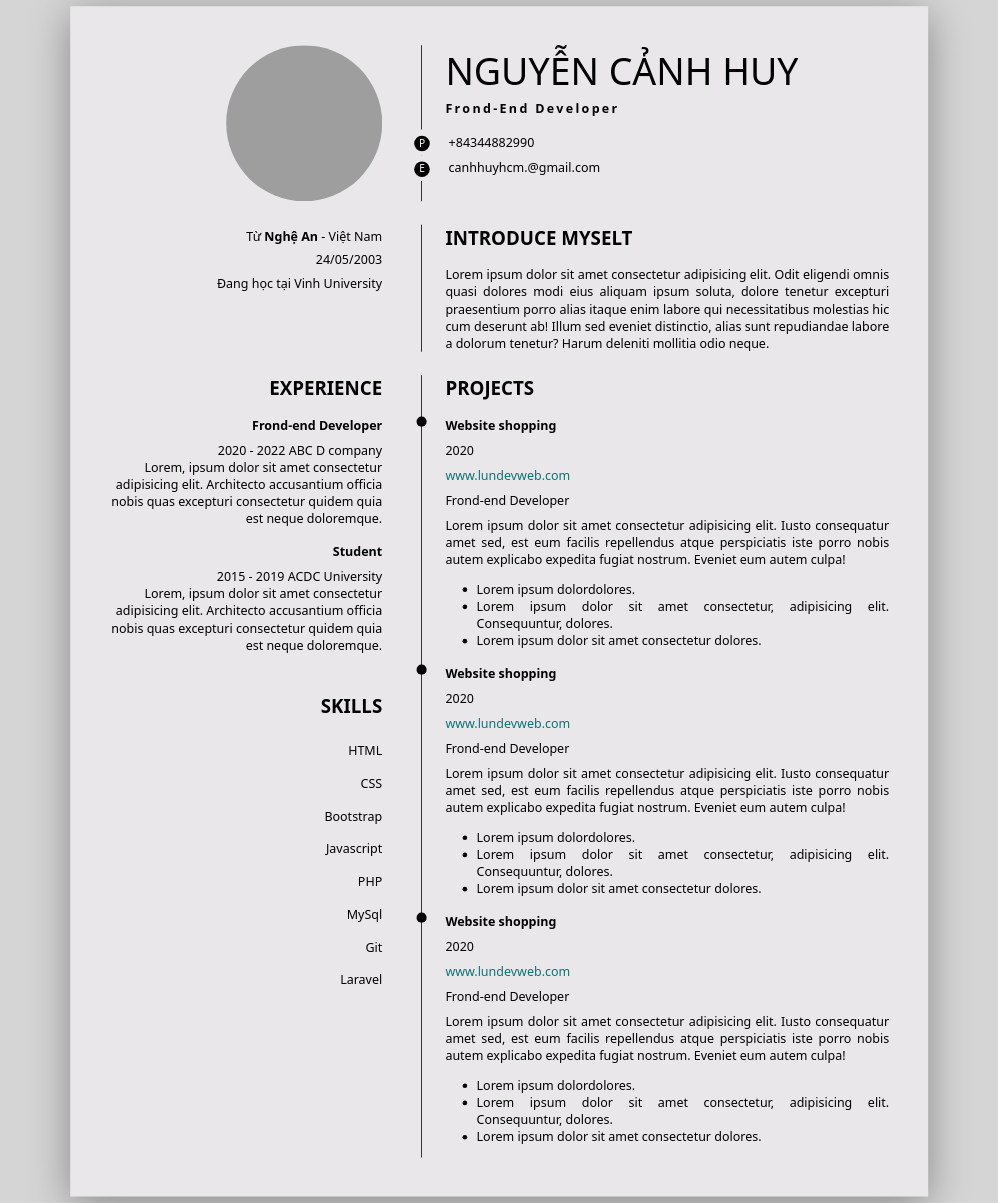
Repository: huycodedie/cv-intern
Page: index.html
The author's editor kept a copy of each file at every save. The page is drawn from the files as they stood at one save, then again after the next save.
The browser window is 1280 px wide. The pictures show the whole page, at 78% of full size.
Pictures or frames that could not be fetched are drawn as grey boxes.

Above is the page before, as saved 2025-07-05 23:03:24.

### index.html

    <!DOCTYPE html>
    <html lang="en">
    <head>
        <meta charset="UTF-8">
        <meta http-equiv="X-UA-Compatible" content="IE=edge">
        <meta name="viewport" content="width=device-width, initial-scale=1.0">
        <title>Document</title>
        <link rel="stylesheet" href="style.css">
        <link rel="stylesheet" href="https://cdnjs.cloudflare.com/ajax/libs/font-awesome/6.2.1/css/all.min.css">
    </head>
    <body>
        <div class="container">
           <div class="avatar">
            <img src="https://i.pinimg.com/564x/eb/57/6f/eb576ff023487bcb1fa3ad61ee7b23ee.jpg" alt="">
           </div>
           <div class="name">
                <h1>NGUYỄN CẢNH HUY</h1>
                <div class="specialize">Frond-End Developer</div>
                <ul class="contact">
                    <li>
                        <span>P</span> +84344882990
                    </li>
                    <li>
                        <span>E</span> canhhuyhcm.@gmail.com
                    </li>
                </ul>
           </div>
           <div class="info">
                <ul>
                    <li>Từ <b>Nghệ An</b> - Việt Nam</li>
                    <li>24/05/2003</li>
                    <li>Đang học tại Vinh University</li>
                </ul>
           </div>
           <div class="intro">
            <h2>INTRODUCE MYSELT</h2>
            Lorem ipsum dolor sit amet consectetur adipisicing elit. Odit eligendi omnis quasi dolores modi eius aliquam ipsum soluta, dolore tenetur excepturi praesentium porro alias itaque enim labore qui necessitatibus molestias hic cum deserunt ab! Illum sed eveniet distinctio, alias sunt repudiandae labore a dolorum tenetur? Harum deleniti mollitia odio neque.
           </div>
           <div class="experience">
            <h2>EXPERIENCE</h2>

            <div class="item">
                <h4>Frond-end Developer</h4>
                <div class="time">
                   <span>2020 - 2022</span>
                   <span>ABC D company</span>
                </div>
                <div class="des">
                    Lorem, ipsum dolor sit amet consectetur adipisicing elit. Architecto accusantium officia nobis quas excepturi consectetur quidem quia est neque doloremque.
                </div>
            </div>

                <div class="item">
                    <h4>Student</h4>
                    <div class="time">
                       <span>2015 - 2019</span>
                       <span>ACDC University</span>
                    </div>
                    <div class="des">
                        Lorem, ipsum dolor sit amet consectetur adipisicing elit. Architecto accusantium officia nobis quas excepturi consectetur quidem quia est neque doloremque.
                    </div>
                </div>
                <h2 class="skills">
                    SKILLS
                </h2>
                <ul>
                    <li>HTML</li>
                    <li>CSS</li>
                    <li>Bootstrap</li>
                    <li>Javascript</li>
                    <li>PHP</li>
                    <li>MySql</li>
                    <li>Git</li>
                    <li>Laravel</li>
                </ul>

           </div>
           <div class="project">
            <h2>PROJECTS</h2>
            <div class="item">
                <h4>Website shopping</h4>
                <div class="time">
                    2020
                </div>
                <div class="web">
                    www.lundevweb.com
                </div>
                <div class="location">
                    Frond-end Developer
                </div>
                <div class="des">
                    Lorem ipsum dolor sit amet consectetur adipisicing elit. Iusto consequatur amet sed, est eum facilis repellendus
                    atque perspiciatis iste porro nobis autem explicabo expedita fugiat nostrum. Eveniet eum autem culpa!
                    <ul>
                        <li>Lorem ipsum dolordolores.</li>
                        <li>Lorem ipsum dolor sit amet consectetur, adipisicing elit. Consequuntur, dolores.</li>
                        <li>Lorem ipsum dolor sit amet consectetur dolores.</li>
                    </ul>
                </div>
            </div>

            <div class="item">
                <h4>Website shopping</h4>
                <div class="time">
                    2020
                </div>
                <div class="web">
                    www.lundevweb.com
                </div>
                <div class="location">
                    Frond-end Developer
                </div>
                <div class="des">
                    Lorem ipsum dolor sit amet consectetur adipisicing elit. Iusto consequatur amet sed, est eum facilis repellendus
                    atque perspiciatis iste porro nobis autem explicabo expedita fugiat nostrum. Eveniet eum autem culpa!
                    <ul>
                        <li>Lorem ipsum dolordolores.</li>
                        <li>Lorem ipsum dolor sit amet consectetur, adipisicing elit. Consequuntur, dolores.</li>
                        <li>Lorem ipsum dolor sit amet consectetur dolores.</li>
                    </ul>
                </div>
            </div>

            <div class="item">
                <h4>Website shopping</h4>
                <div class="time">
                    2020
                </div>
                <div class="web">
                    www.lundevweb.com
                </div>
                <div class="location">
                    Frond-end Developer
                </div>
                <div class="des">
                    Lorem ipsum dolor sit amet consectetur adipisicing elit. Iusto consequatur amet sed, est eum facilis repellendus
                    atque perspiciatis iste porro nobis autem explicabo expedita fugiat nostrum. Eveniet eum autem culpa!
                    <ul>
                        <li>Lorem ipsum dolordolores.</li>
                        <li>Lorem ipsum dolor sit amet consectetur, adipisicing elit. Consequuntur, dolores.</li>
                        <li>Lorem ipsum dolor sit amet consectetur dolores.</li>
                    </ul>
                </div>
            </div>
           </div>
        </div>

    </body>
    </html>

### style.css

    body{
        background-color: #D5D5D5;
        font-family: system-ui;
    }
    .container{
        background-color: #E9E7EA;
        width:1000px;
        max-width: 100%;
        margin:auto;
        padding:50px;
        box-shadow: 0 10px 50px #858585;
        display: grid;
       grid-template-columns: 35% 60%;
       column-gap: 5%;
       row-gap: 30px;
    }

    .avatar img{
        width:200px;
        height:200px;
        object-fit: cover;
        border-radius: 50%;
    }
    .avatar{
        display: flex;
        justify-content: end;
        align-items: center;
    }
    .name{
        padding-left: 30px;
        border-left:1px solid #000;
    }
    .name h1{
        font-weight: 300;
        font-size: xxx-large;
        margin:0px 0 5px ;
    }
    .name .specialize{
        margin:0;
        font-weight: bold;
        letter-spacing: 3px;
    }
    .name .contact{
        padding:0;
        list-style: none;
    }
    .name .contact span{
        display: inline-block;
        background-color: #000;
        width:20px;
        height:20px;
        color:#fff;
        text-align: center;
        border-radius: 50%;
        font-size: small;
        margin-right: 20px;
    }
    .name .contact li{
        padding:5px 0;
        transform: translate(-40px);
        background-color: #E9E7EA;
    }
    .info ul{
        padding: 0;
        margin: 0;
        list-style: none;
        text-align: right;
        line-height: 30px;
    }

    h2{
        padding:0;
        margin: 0 0 20px 0;
    }
    .intro{
        padding-left: 30px;
        border-left: 1px solid #000;
        text-align: justify;
    }
    .experience{
        text-align: right;
    }
    .experience h4{
        margin:20px 0 10px;
    }
    .skills{
        margin-top:  50px;
    }
    .experience ul{
        padding:0;
        margin: 0;
    list-style: none;
    }
    .experience li{
        padding:10px 0;
    }
    .project{
        padding-left: 30px;
        text-align: justify;
        border-left: 1px solid #000;
    }
    .project h4{
        margin:20px 0 10px;
    }
    .project .web{
        color: #0c7373;
        padding:10px 0;
    }
    .project .location{
        font-weight: 500;
        padding-bottom:10px;
    }
    .project .item{
        position: relative;
    }
    .project .item::before{
        position: absolute;
        width:13px;
        height: 13px;
        background-color: #000;
        content: '';
        border-radius: 50%;
        left: -37px;
    }

After the next save:
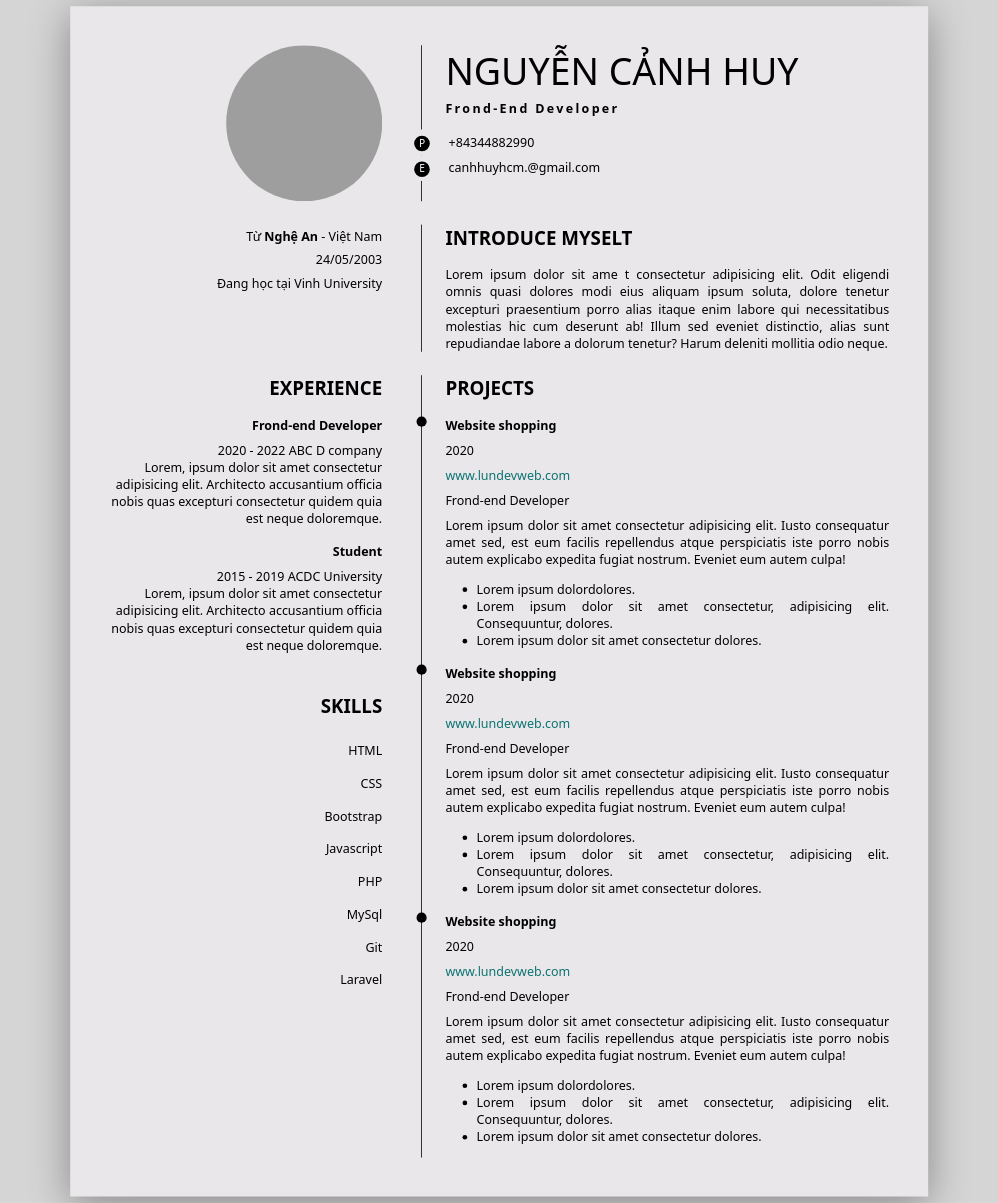
Saved 5 min 1 s later.
--- a/index.html
+++ b/index.html
@@ -35,7 +35,7 @@
            </div>
            <div class="intro">
             <h2>INTRODUCE MYSELT</h2>
-            Lorem ipsum dolor sit amet consectetur adipisicing elit. Odit eligendi omnis quasi dolores modi eius aliquam ipsum soluta, dolore tenetur excepturi praesentium porro alias itaque enim labore qui necessitatibus molestias hic cum deserunt ab! Illum sed eveniet distinctio, alias sunt repudiandae labore a dolorum tenetur? Harum deleniti mollitia odio neque.
+            Lorem ipsum dolor sit ame   t consectetur adipisicing elit. Odit eligendi omnis quasi dolores modi eius aliquam ipsum soluta, dolore tenetur excepturi praesentium porro alias itaque enim labore qui necessitatibus molestias hic cum deserunt ab! Illum sed eveniet distinctio, alias sunt repudiandae labore a dolorum tenetur? Harum deleniti mollitia odio neque.
            </div>
            <div class="experience">
             <h2>EXPERIENCE</h2>
